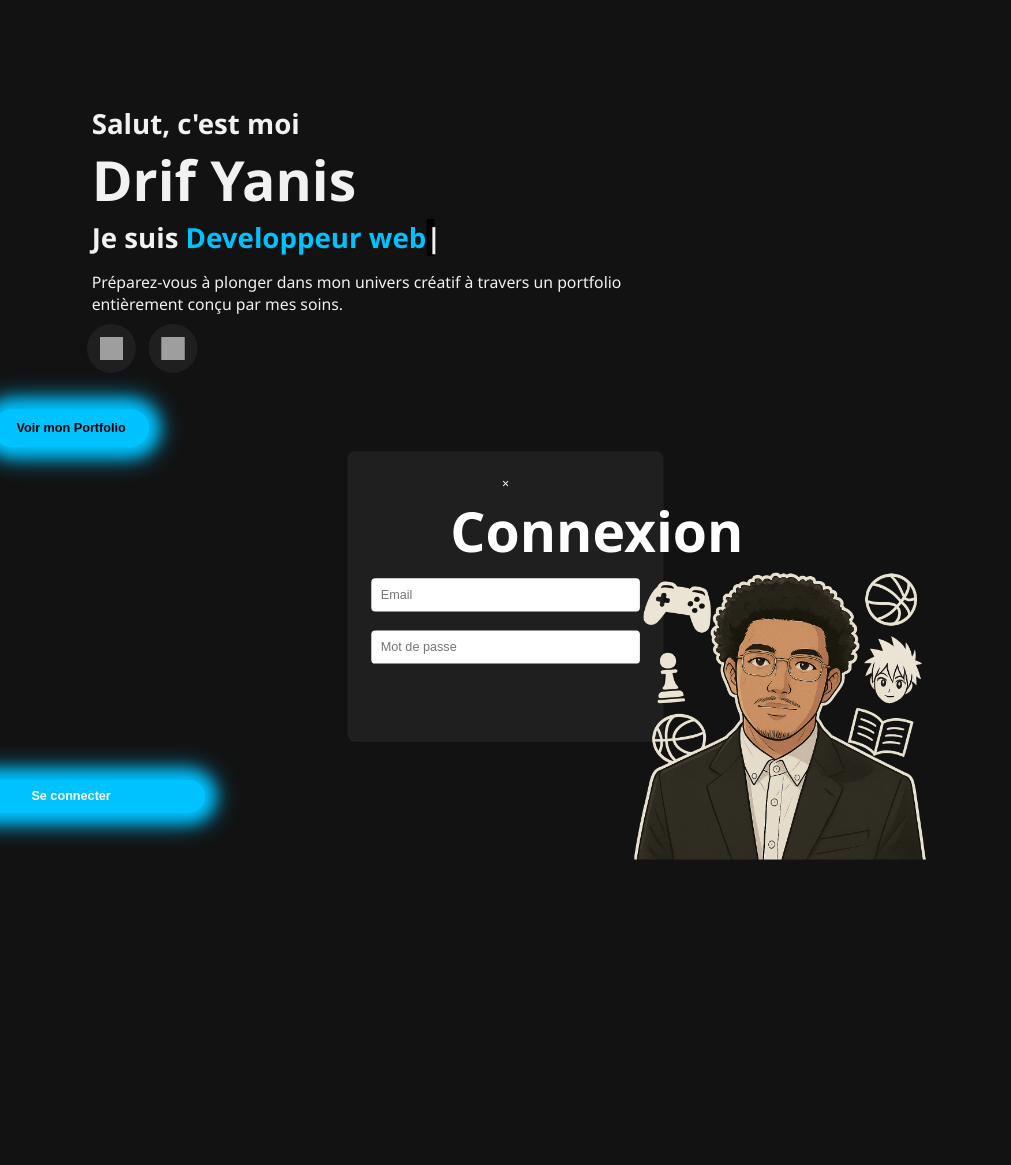
Repository: Yxniiss/ProjetCssAvance
Page: OneDrive/Bureau/Portfolio DrifYanis/index.html
An editor plug-in stored every save of this project. The page is shown before and after the next save, followed by the edit.
The browser window is 1280 px wide. The pictures show the whole page, at 79% of full size.
Pictures or frames that could not be fetched are drawn as grey boxes.

Above is the page before, as saved 2025-04-10 18:09:09.

After the next save:
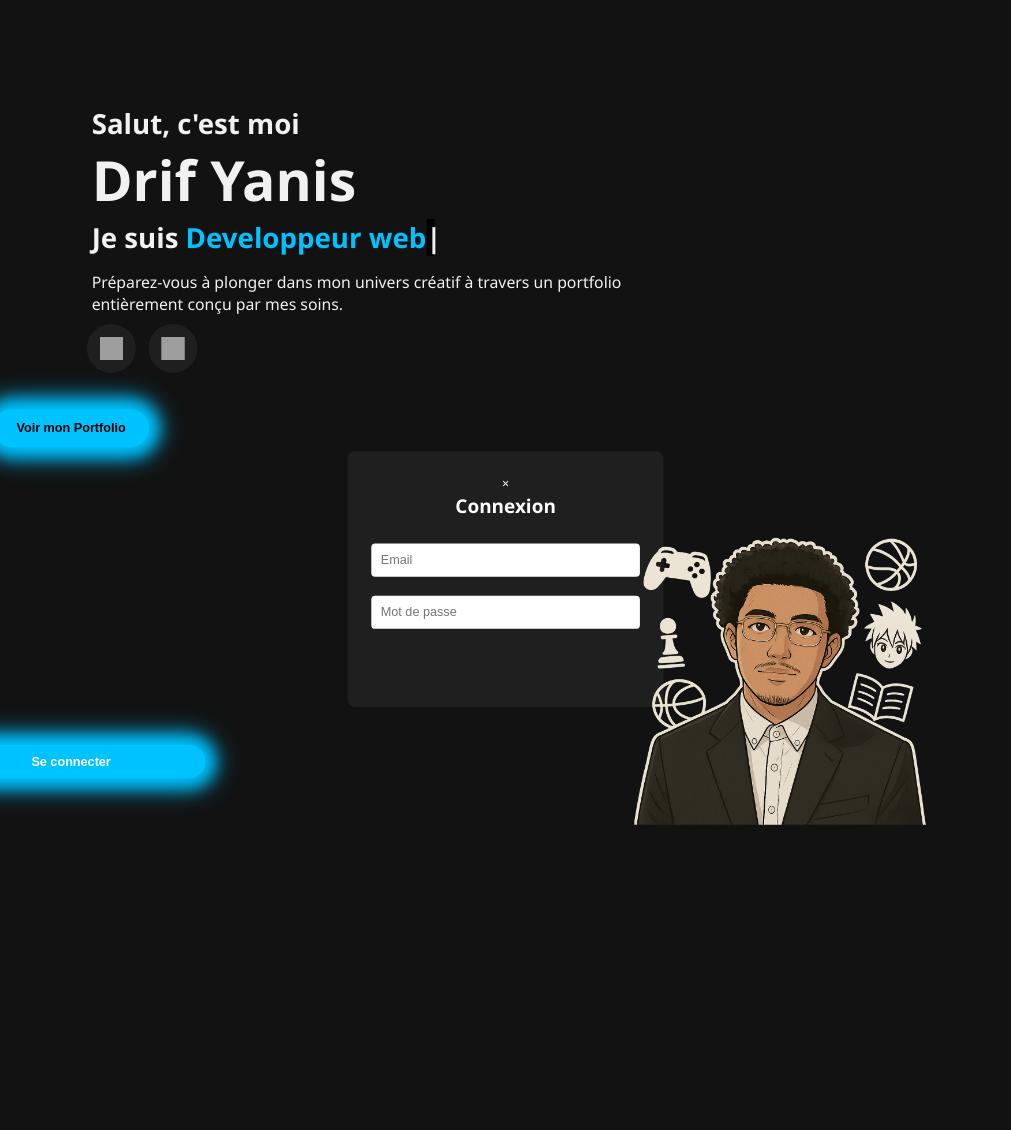
Saved 16 s later.
--- a/OneDrive/Bureau/Portfolio DrifYanis/index.html
+++ b/OneDrive/Bureau/Portfolio DrifYanis/index.html
@@ -28,7 +28,7 @@
             <div id="loginModal" class="modal">
               <div class="modal-content">
                 <span class="close">&times;</span>
-                <h2>Connexion</h2>
+                <h4>Connexion</h4>
                 <form id="loginForm">
                   <input type="email" id="email" placeholder="Email" required />
                   <input type="password" id="password" placeholder="Mot de passe" required />
